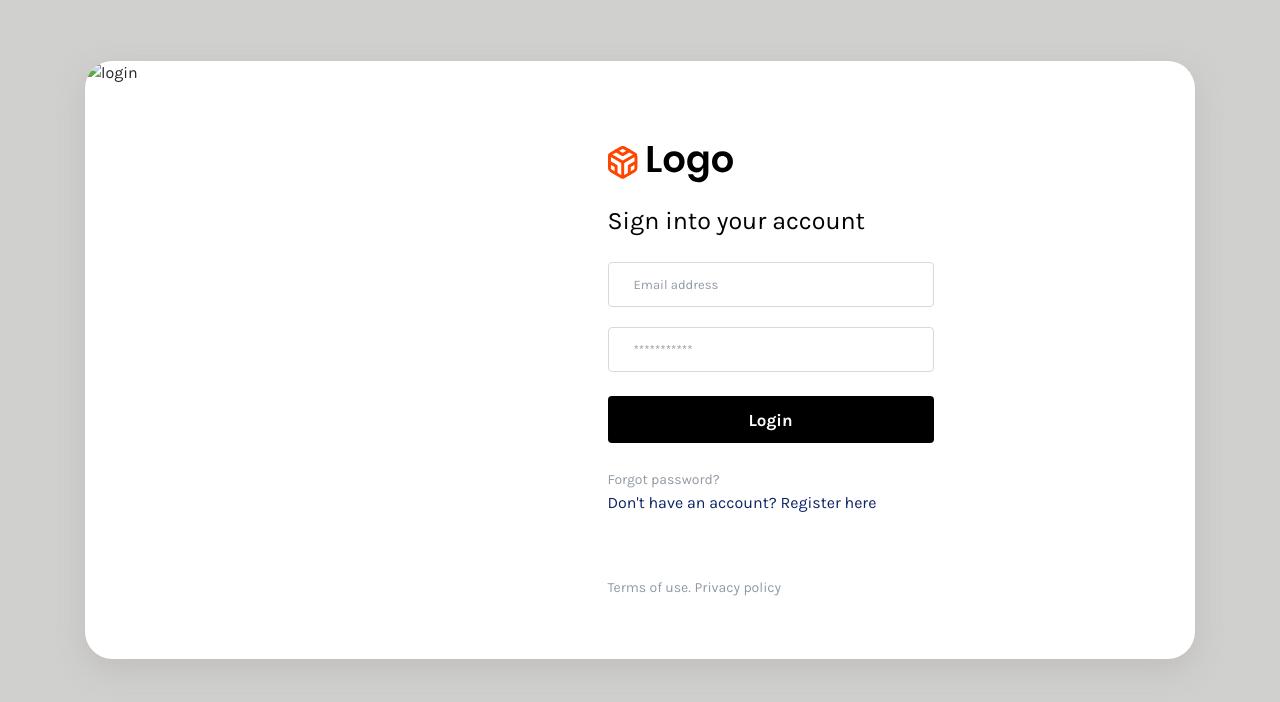
Repository: sara55m/Login
Page: http://localhost/login
These files come from the project's save history. The page is drawn as it stood at one moment and after the next save; the edit follows.
The browser window is 1280 px wide. The pictures show the whole page.
Some web libraries are served in a nearby version. The page is served by the project's Laravel application, run on PHP 8.4 with Laravel 10.

Above is the page before, as saved 2024-03-01 20:31:58.

After the next save:
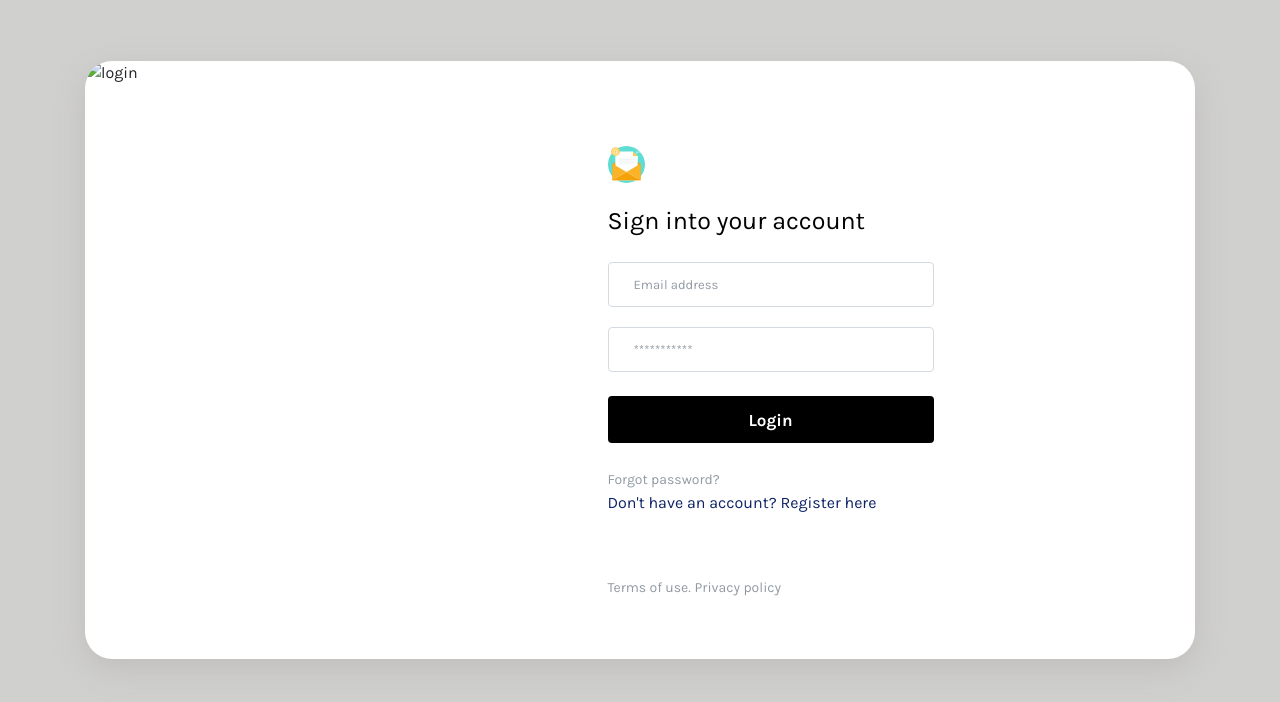
Saved 105 s later.
--- a/resources/views/login.blade.php
+++ b/resources/views/login.blade.php
@@ -1,28 +1,8 @@
-<!DOCTYPE html>
-<html lang="en">
-<head>
-  <meta charset="UTF-8">
-  <meta name="viewport" content="width=device-width, initial-scale=1.0">
-  <meta http-equiv="X-UA-Compatible" content="ie=edge">
-  <title>Login Template</title>
-  <link href="https://fonts.googleapis.com/css?family=Karla:400,700&display=swap" rel="stylesheet">
-  <link rel="stylesheet" href="https://cdn.materialdesignicons.com/4.8.95/css/materialdesignicons.min.css">
-  <link rel="stylesheet" href="https://stackpath.bootstrapcdn.com/bootstrap/4.4.1/css/bootstrap.min.css">
-  <link rel="stylesheet" href="assets/css/login.css">
-</head>
-<body>
-  <main class="d-flex align-items-center min-vh-100 py-3 py-md-0">
-    <div class="container">
-      <div class="card login-card">
-        <div class="row no-gutters">
-          <div class="col-md-5">
-            <img src="assets/images/login.jpg" alt="login" class="login-card-img">
-          </div>
-          <div class="col-md-7">
-            <div class="card-body">
-              <div class="brand-wrapper">
-                <img src="assets/images/logo.svg" alt="logo" class="logo">
-              </div>
+@extends('layout')
+@section('title')
+Login Form
+@stop
+@section('content')
               <p class="login-card-description">Sign into your account</p>
               <form action="#!">
                   <div class="form-group">
@@ -41,40 +21,4 @@
                   <a href="#!">Terms of use.</a>
                   <a href="#!">Privacy policy</a>
                 </nav>
-            </div>
-          </div>
-        </div>
-      </div>
-      <!-- <div class="card login-card">
-        <img src="assets/images/login.jpg" alt="login" class="login-card-img">
-        <div class="card-body">
-          <h2 class="login-card-title">Login</h2>
-          <p class="login-card-description">Sign in to your account to continue.</p>
-          <form action="#!">
-            <div class="form-group">
-              <label for="email" class="sr-only">Email</label>
-              <input type="email" name="email" id="email" class="form-control" placeholder="Email">
-            </div>
-            <div class="form-group">
-              <label for="password" class="sr-only">Password</label>
-              <input type="password" name="password" id="password" class="form-control" placeholder="Password">
-            </div>
-            <div class="form-prompt-wrapper">
-              <div class="custom-control custom-checkbox login-card-check-box">
-                <input type="checkbox" class="custom-control-input" id="customCheck1">
-                <label class="custom-control-label" for="customCheck1">Remember me</label>
-              </div>
-              <a href="#!" class="text-reset">Forgot password?</a>
-            </div>
-            <input name="login" id="login" class="btn btn-block login-btn mb-4" type="button" value="Login">
-          </form>
-          <p class="login-card-footer-text">Don't have an account? <a href="#!" class="text-reset">Register here</a></p>
-        </div>
-      </div> -->
-    </div>
-  </main>
-  <script src="https://code.jquery.com/jquery-3.4.1.min.js"></script>
-  <script src="https://cdn.jsdelivr.net/npm/popper.js@1.16.0/dist/umd/popper.min.js"></script>
-  <script src="https://stackpath.bootstrapcdn.com/bootstrap/4.4.1/js/bootstrap.min.js"></script>
-</body>
-</html>
+                @endsection
